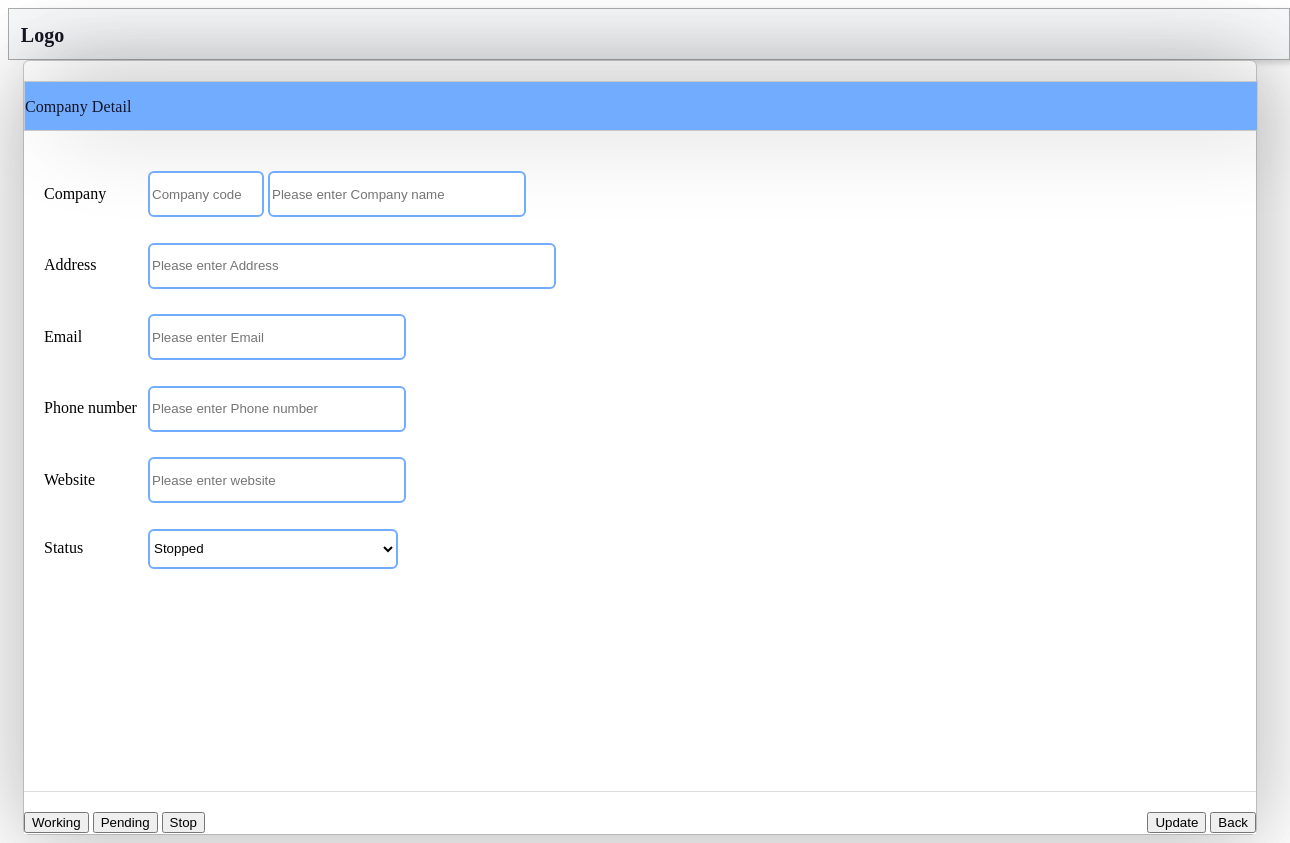
Repository: Zain1409/company
Page: client/html/CompanyDetail.html
An editor plug-in stored every save of this project. The page is shown before and after the next save, followed by the edit.
The browser window is 1280 px wide. The page is 1290 px wide, so the pictures cover 1290 px, including what lies to the right of the window. The pictures show the whole page.

Above is the page before, as saved 2021-04-04 21:40:32.

### client/html/CompanyDetail.html
<!DOCTYPE html>
<html lang="en">
<head>
    <meta charset="UTF-8">
    <meta http-equiv="X-UA-Compatible" content="IE=edge">
    <meta name="viewport" content="width=device-width, initial-scale=1.0">
    <link rel="stylesheet" href="./../css/CompanyDetail.css">
    <title>Company Detail</title>
</head>
<body>
    <div class="header">
        <p>Logo</p>
    </div>
    <div class="container">
        <div id="content">
            <div id="head">
                <p>Company Detail</p>
            </div>
            <form id="form">
                <label id="properties">Company</label> <input id="code" type="text" placeholder="Company code" style="width: 108px;"> <input id="name" type="text" placeholder="Please enter Company name">
                <br>
                <br>
                <label id="properties">Address</label> <input id="address" type="text" placeholder="Please enter Address" style="width: 400px;
                height: 40px;">
                <br>
                <br>
                <label id="properties">Email</label> <input id="email" type="text" placeholder="Please enter Email" >
                <br>
                <br>
                <label id="properties">Phone number</label> <input id="phone_number" type="text" placeholder="Please enter Phone number" >
                <br>
                <br>
                <label id="properties">Website</label> <input id="website" type="text" placeholder="Please enter website " >
                <br>
                <br>
                <label id="properties">Status</label> <select name="" id="form_select">
                    <option value="stopped">Stopped</option>
                    <option value="working">Working</option>
                    <option value="pending">Pending</option>
                    </select>
                </select>
            </form>
            <div id="footer">
                <div id="button_left">
                    <button>Working</button>
                    <button>Pending</button>
                    <button>Stop</button>
                </div>
                <div id="button_right">
                    <button>Update</button>
                    <button>Back</button>
                </div>
            </div>
        </div>
        <!-- <div id="footer">
            <div id="button_left">
                <button>Working</button>
                <button>Pending</button>
                <button>Stop</button>
            </div>
            <div id="button_right">
                <button>Update</button>
                <button>Back</button>
            </div>
        </div> -->
    </div>
</body>
</html>

### client/css/CompanyDetail.css
.header{
    width: 1280px;
    height: 50px;
    background: #F6F8F9 0% 0% no-repeat padding-box;
    box-shadow: 30px 3px 6px #00000029;
    border: 0.5px solid #ACABAB;
    opacity: 1;
    margin: auto;

}
.header p{
    width: 67px;
    height: 39px;
    text-align: left;
    font-weight: bold;
    font-size: 20px;
    color: #131523;
    opacity: 1;
    text-align: center;
    padding-top: 15px;
    margin: 0;
}
.container{
    width: 1232px;
    height: 624px;
    background: #FFFFFF 0% 0% no-repeat padding-box;
    box-shadow: 0px 3px 90px #00000029;
    border: 0.5px solid #C8C8C8;
    border-radius: 6px;
    opacity: 1;
    padding-top: 20px;
    margin: auto;
}
.container{
    margin: auto;
    width: 1232px;
    height: auto;
    padding-top: 20px;
}

#content{
    clear: both;
    width: 1232px;
    height: 753px;
    background: #FFFFFF 0% 0% no-repeat padding-box;
    box-shadow: 0px 3px 90px #00000029;
    opacity: 1;
}
#head{
    width: 1232px;
    height: 48px;
    background: #72ACFF 0% 0% no-repeat padding-box;
    box-shadow: 30px 3px 90px #00000029;
    border: 0.5px solid #C8C8C8;
    opacity: 1;
}
#head p{
    text-align: left;
    font: normal normal medium 20px/30px Poppins;
    letter-spacing: 0.08px;
    color: #131523;
    opacity: 1;
}
#form{
    width: 600px;
    float: left;
    height: 600px;
    margin: 20px;
    padding-top: 20px;

}
#form input{
    width: 250px;
    height: 40px;
    background: #FFFFFF 0% 0% no-repeat padding-box;
    border: 2px solid #72ACFF;
    border-radius: 6px;
    opacity: 1;
}
#form_select{
    clear: both;
    width: 250px;
    height: 40px;
    background: #FFFFFF 0% 0% no-repeat padding-box;
    border: 2px solid #72ACFF;
    border-radius: 6px;
    opacity: 1;
}
#properties{
    width: 100px;
    height: 40px;
    opacity: 1;
    display: inline-block;
}
#footer{
    clear: both;
    border-top: 1px solid #DEDEDE;
    padding-top: 20px;
}
#button_left{
    float: left;
}
#button_right{
    float: right;
}

After the next save:
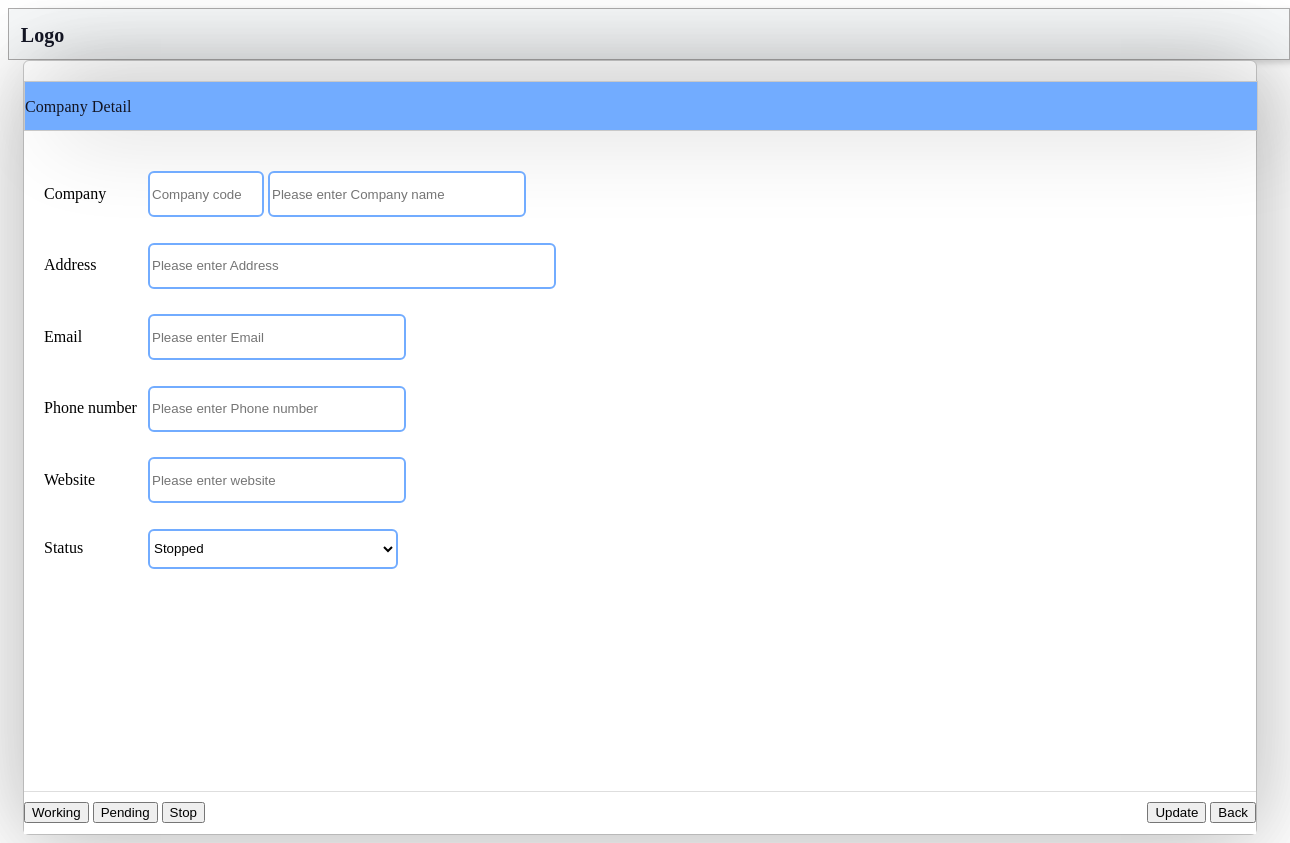
Saved 6 s later.
--- a/client/css/CompanyDetail.css
+++ b/client/css/CompanyDetail.css
@@ -95,7 +95,7 @@
 #footer{
     clear: both;
     border-top: 1px solid #DEDEDE;
-    padding-top: 20px;
+    padding-top: 10px;
 }
 #button_left{
     float: left;
